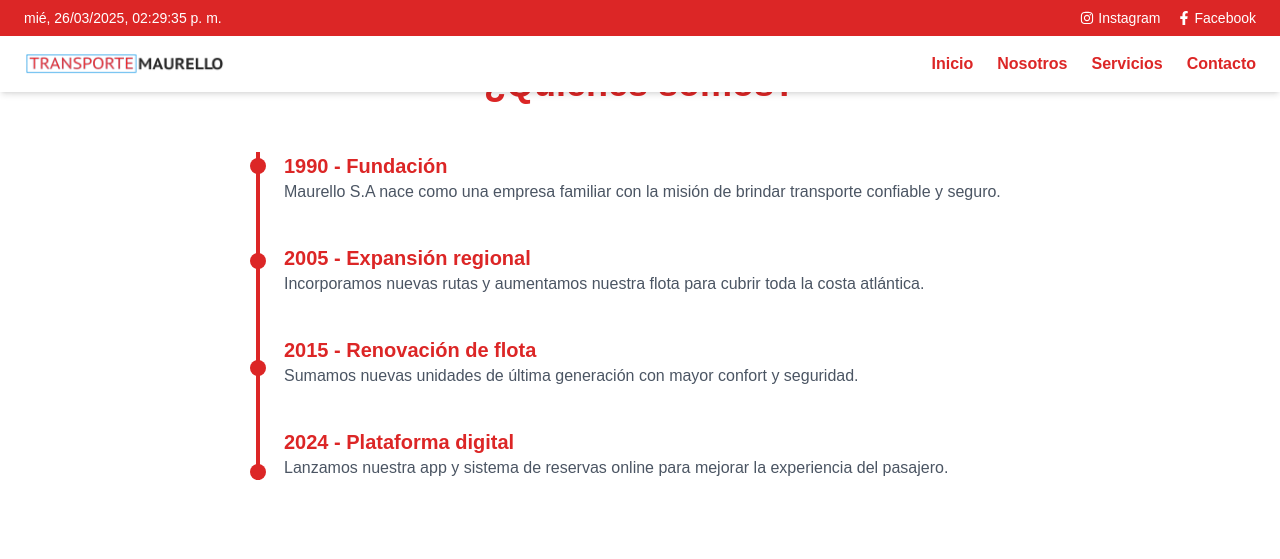
Repository: francoluca35/empresacolectivo
Page: /About
The author's editor kept a copy of each file at every save. The page is drawn from the files as they stood at one save, then again after the next save.
The browser window is 1280 px wide. The pictures show the whole page.
The project was rebuilt for these pictures with package versions that can differ from the ones it lists, and the page was loaded fresh each time. The framework's server and built-in components were replaced by stand-ins that run in the browser. Also part of the build but not shown: next.config.js, next.config.mjs.

Above is the page before, as saved 2025-03-27 01:36:39.

After the next save:
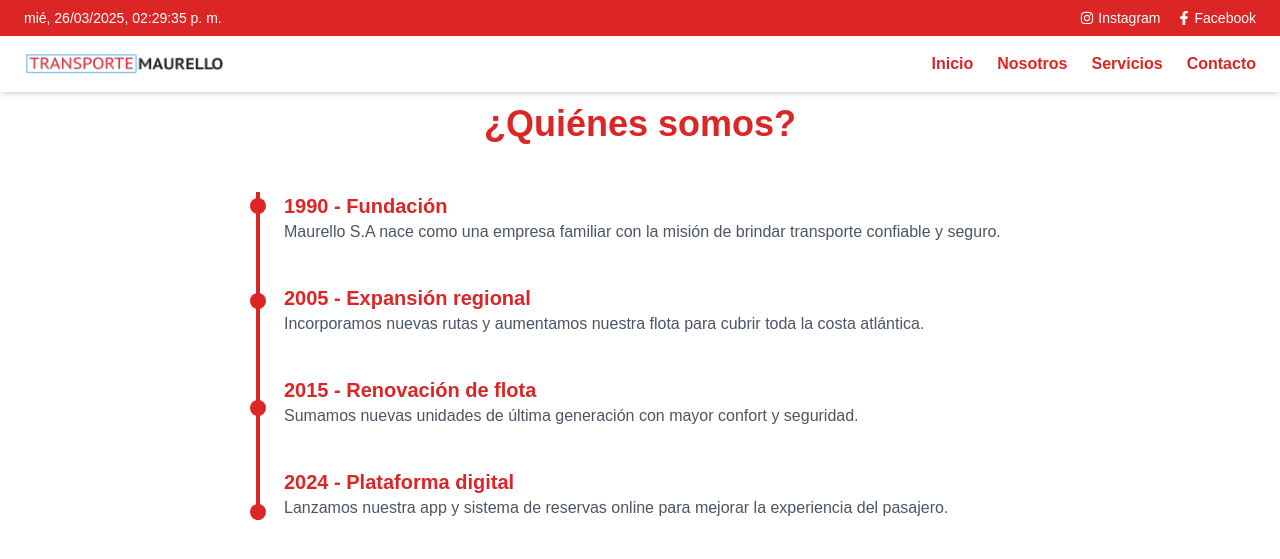
Saved 26 s later.
--- a/src/app/About/page.js
+++ b/src/app/About/page.js
@@ -4,9 +4,9 @@
 export default function About() {
   return (
     <>
-    <section className="bg-white py-16 px-4">
-
-      <div className="max-w-screen-md mx-auto">  <Navbar/>
+    <Navbar/>
+    <section className="bg-white py-16 px-4 mt-10">
+      <div className="max-w-screen-md mx-auto">
         <h2 className="text-4xl font-bold text-red-600 text-center mb-12">¿Quiénes somos?</h2>
 
         {/* Línea de tiempo */}
